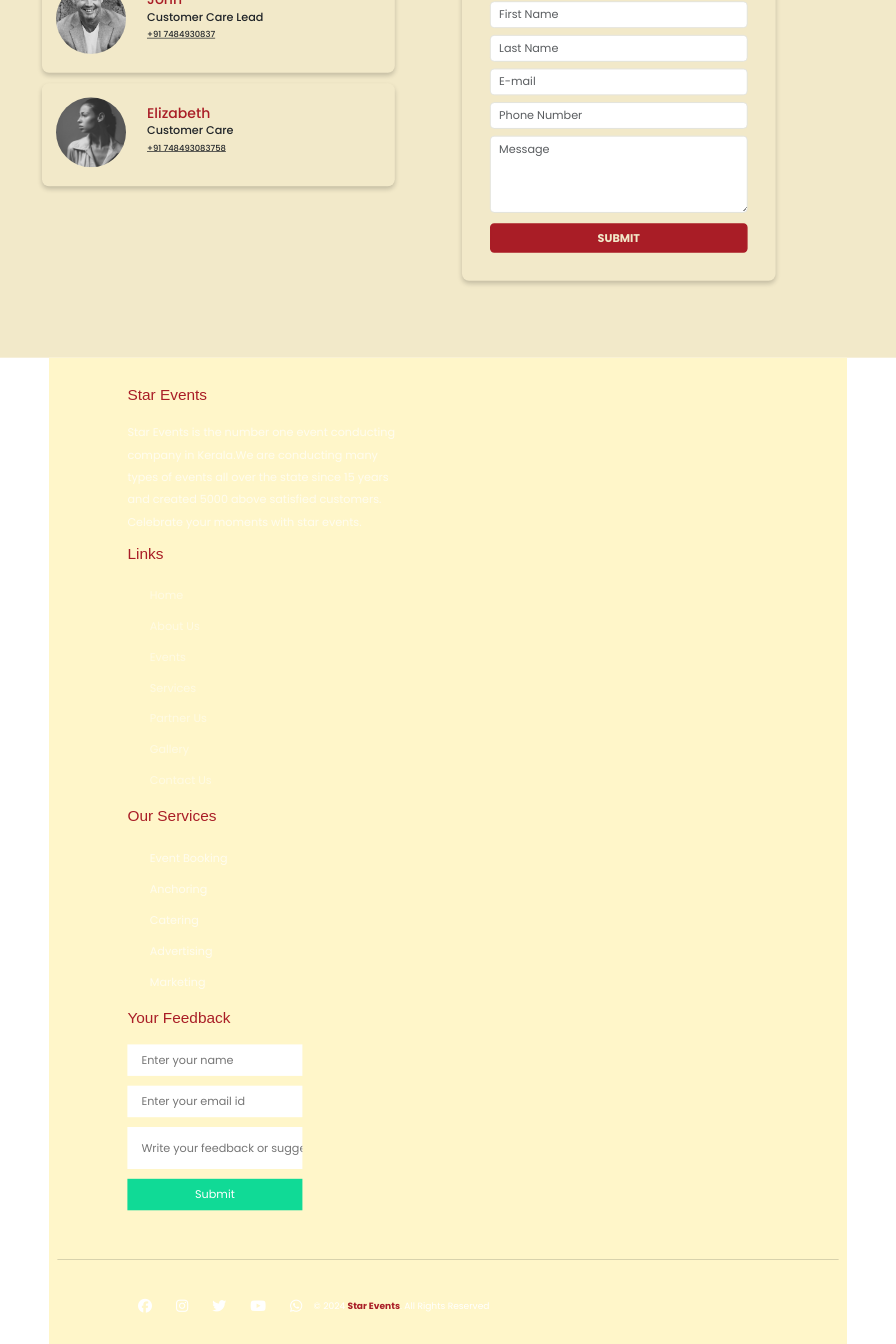
Repository: SharonSebastian32/Event-Management-System-
Page: index.html
The author's editor kept a copy of each file at every save. The page is drawn from the files as they stood at one save, then again after the next save.
The browser window is 1280 px wide. The pictures show the part of the page from y = 4490 to 6410 px (the page is 6410 px tall), at 70% of full size.
A picture or video elsewhere on the page could not be fetched, so the positions and the page height are approximate. Some web libraries are served in a nearby version.

Above is the page before, as saved 2024-09-06 12:21:30.
Not found: assets/css/ContactUs.css

After the next save:
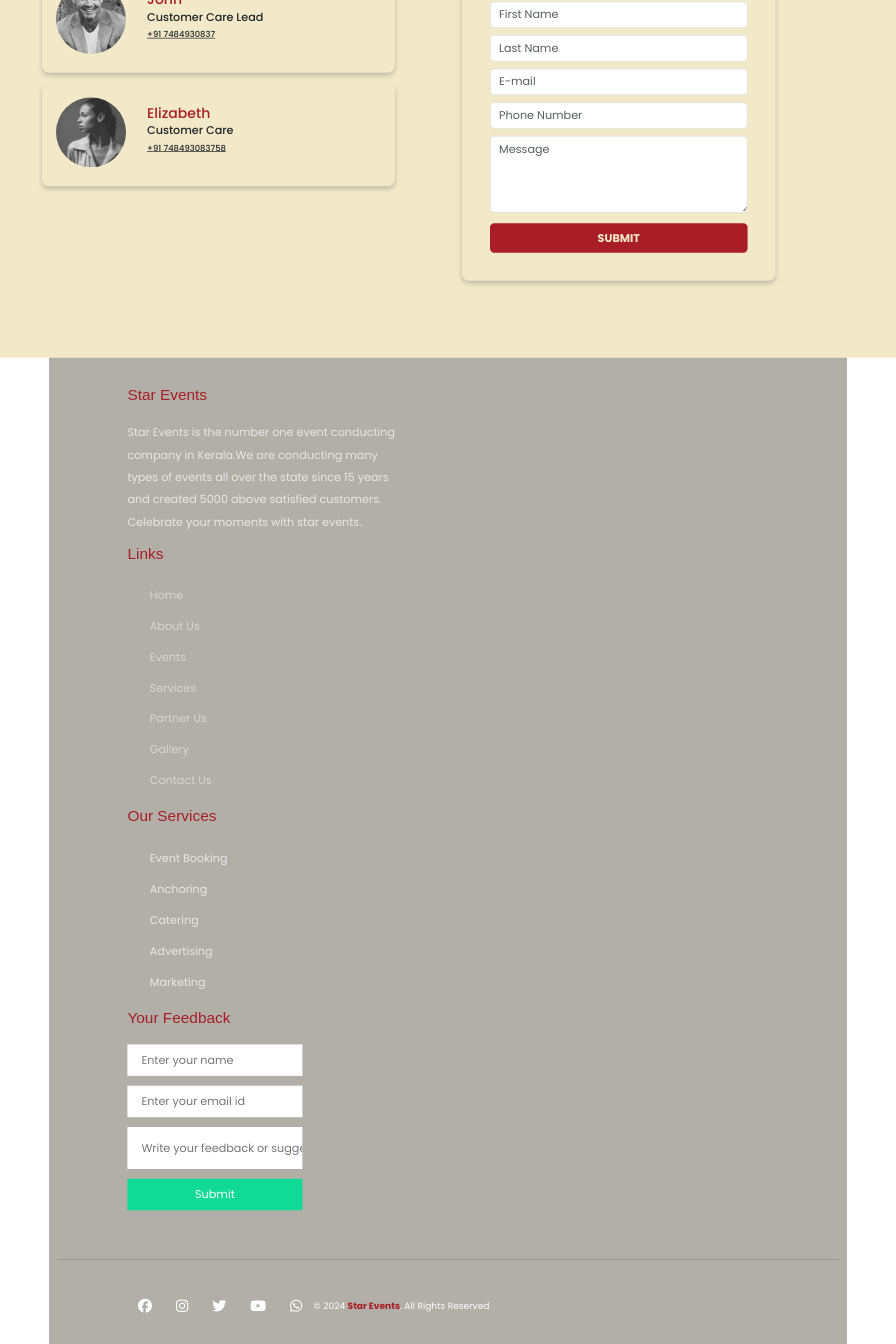
Saved 9 s later.
--- a/Css/Styles.css
+++ b/Css/Styles.css
@@ -509,7 +509,7 @@
 
    /* footer section */
    footer .container {
-       background-color: rgb(255, 246, 201);
+       background-color: rgb(177, 175, 167);
    }
 
    .row {
